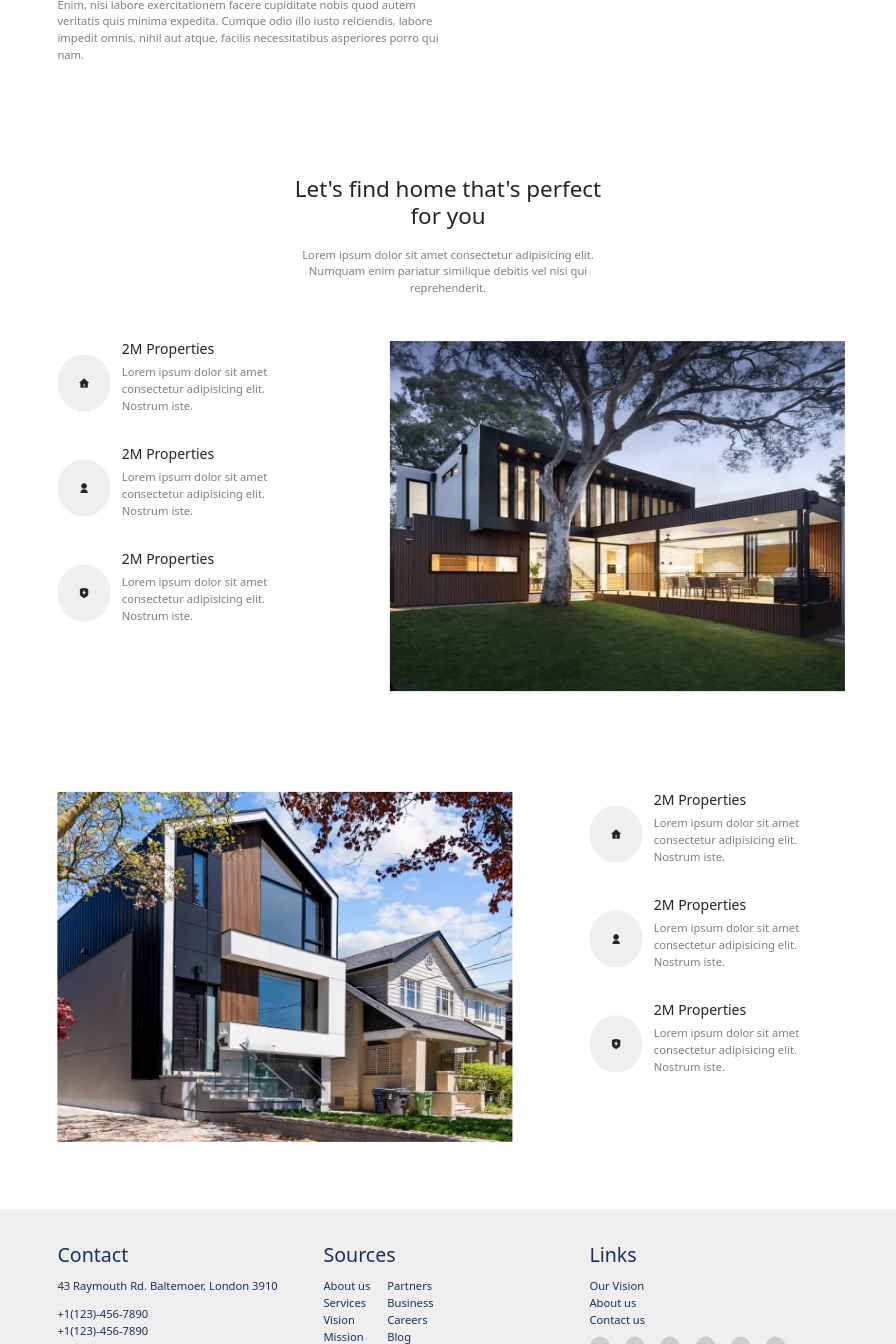
Repository: sameerrrrkhan911-git/Property
Page: about.html
An editor plug-in stored every save of this project. The page is shown before and after the next save, followed by the edit.
The browser window is 1280 px wide. The pictures show the part of the page from y = 716 to 2636 px (the page is 2834 px tall before and 2597 px after), at 70% of full size.
Some web libraries are served in a nearby version.

Above is the page before, as saved 2025-09-28 18:41:47.
Console error: TypeError: Cannot read properties of undefined (reading 'length')

After the next save:
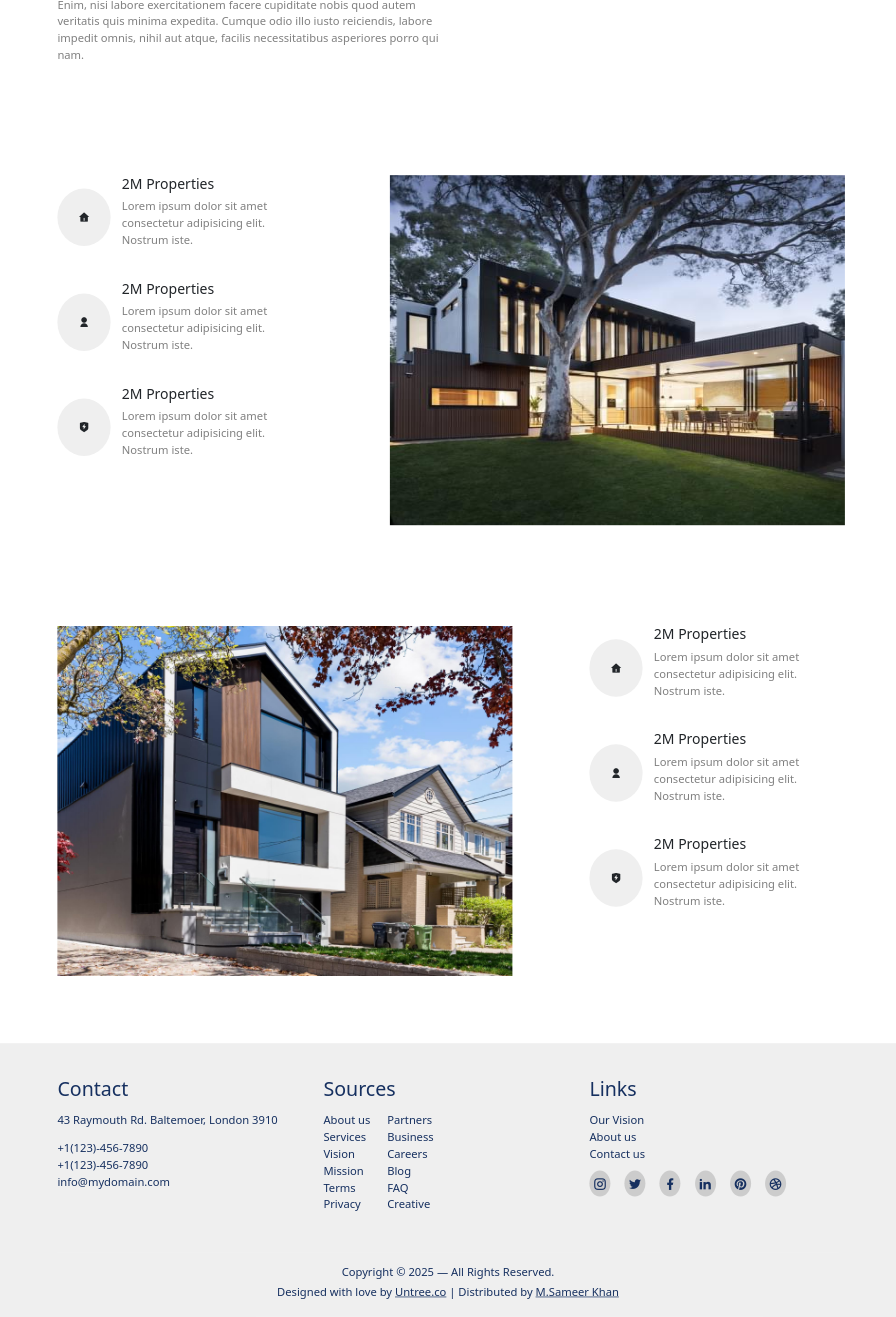
Saved 32 s later.
--- a/about.html
+++ b/about.html
@@ -140,17 +140,7 @@
 
       <div class="section section-4  py-5">
         <div class="container">
-          <div class="row justify-content-center text-center mb-5">
-            <div class="col-lg-5">
-              <h2 class="font-weight-bold mb-4">
-                Let's find home that's perfect for you
-              </h2>
-              <p class="text-black-50">
-                Lorem ipsum dolor sit amet consectetur adipisicing elit. Numquam
-                enim pariatur similique debitis vel nisi qui reprehenderit.
-              </p>
-            </div>
-          </div>
+
           <div class="row justify-content-between mb-5 ">
 
             <div class="col-lg-7 mb-5 mb-lg-0 order-lg-2">
